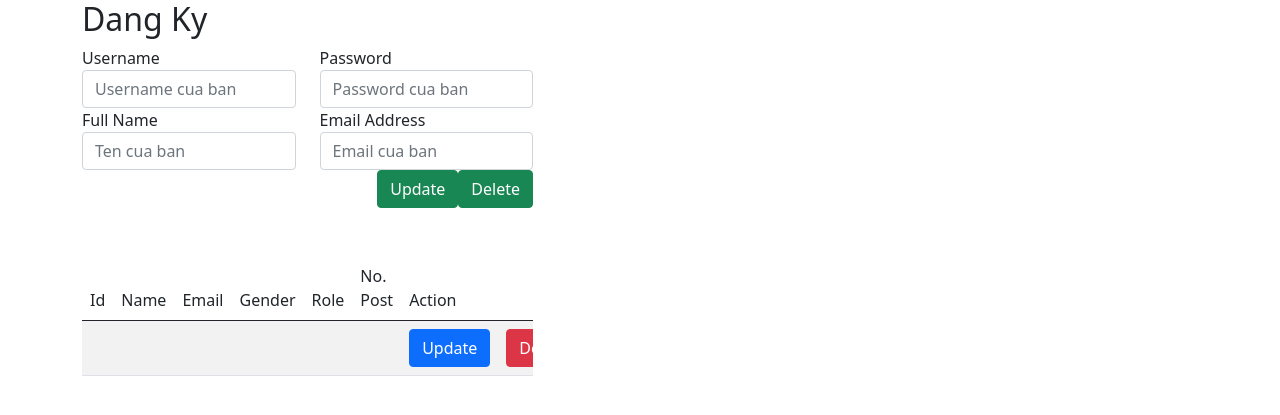
Repository: kiennd3921/AssJava4
Page: http://localhost/Assignment/view/admin/QLyAdmin.jsp
The author's editor kept a copy of each file at every save. The page is drawn from the files as they stood at one save, then again after the next save.
The browser window is 1280 px wide. The pictures show the whole page.
The page is served by Tomcat 9. Other server files are loaded and not shown.

Above is the page before, as saved 2021-04-16 01:04:01.

### PT15307-UD/Assignment/WebContent/view/admin/QLyAdmin.jsp
<%@ page language="java" contentType="text/html; charset=ISO-8859-1"
	pageEncoding="UTF-8"%>
<!DOCTYPE html>
<html>
<head>
<meta charset="UTF-8">
<meta name="viewport" content="width = device-width, initial-scale=1.0">
<title>Insert title here</title>
<%@ taglib uri="http://java.sun.com/jstl/core_rt" prefix="c"%>
<link rel="stylesheet" type="text/css">
<link
	href="https://cdn.jsdelivr.net/npm/bootstrap@5.0.0-beta2/dist/css/bootstrap.min.css"
	rel="stylesheet"
	integrity="sha384-BmbxuPwQa2lc/FVzBcNJ7UAyJxM6wuqIj61tLrc4wSX0szH/Ev+nYRRuWlolflfl"
	crossorigin="anonymous">

</head>
<body>
	<div class="container">
		<div class="row">
			<div class="col-md-5">
				<form>
					<h2>Dang Ky</h2>
					<div class="row">
						<div class="col">
							<label>Username</label> <input type="text" class="form-control"
								placeholder="Username cua ban" required name="">
						</div>
						<div class="col">
							<label>Password</label> <input type="password"
								class="form-control" placeholder="Password cua ban" required
								name="">
						</div>
					</div>
					<div class="row">
						<div class="col">
							<label>Full Name</label> <input type="text" class="form-control"
								placeholder="Ten cua ban" required name="">
						</div>
						<div class="col">
							<label>Email Address</label> <input type="email"
								class="form-control" placeholder="Email cua ban" required
								name="">
						</div>
					</div>
					<div class="form-group nav justify-content-end">
						<button class="btn btn-success" type="submit">Update</button>
						<button class="btn btn-success" type="submit">Delete</button>
					</div>
				</form>


				<div class="mt-5 table-responsive">
					<table class="table table-striped">
						<thead>
							<tr>
								<td>Id</td>
								<td>Name</td>
								<td>Email</td>
								<td>Gender</td>
								<td>Role</td>
								<td>No. Post</td>
								<td colspan="2">Action</td>
							</tr>
						</thead>
						<tbody>
							<tr>
								<td>${ user.id }</td>
								<td>${ user.password }</td>
								<td>${ user.email }</td>
								<td>${ user.fullname }</td>
								<td>${ user.admin }</td>
								<td>${ user.post.size() }</td>
								<td><a href="/PT15307-UD/admin/user/edit?id=${ user.id }"
									class="btn btn-primary">Update</a></td>
								<td>
									<button class="btn btn-danger">Delete</button>
								</td>
							</tr>
						</tbody>
					</table>
				</div>
			</div>
		</div>
	</div>
</body>
</html>

After the next save:
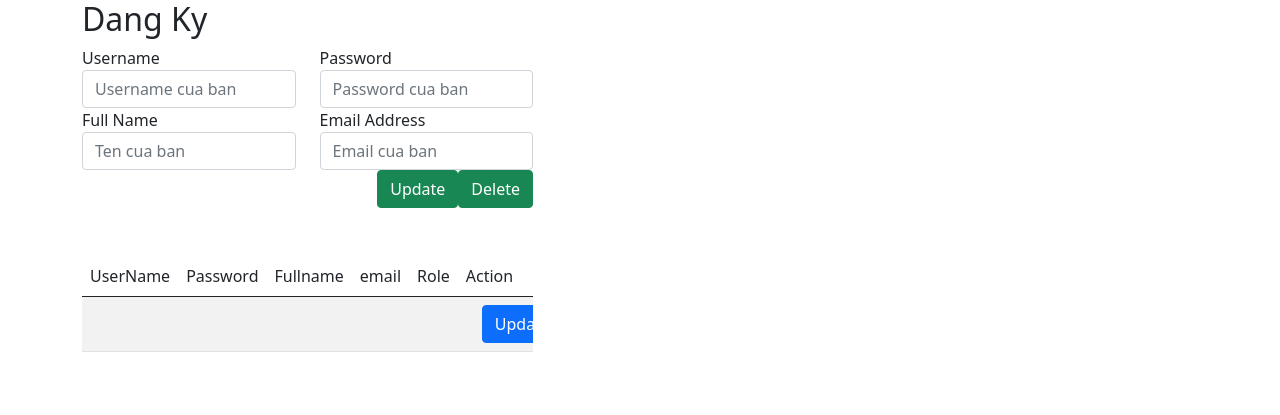
Saved 79 s later.
--- a/PT15307-UD/Assignment/WebContent/view/admin/QLyAdmin.jsp
+++ b/PT15307-UD/Assignment/WebContent/view/admin/QLyAdmin.jsp
@@ -54,12 +54,11 @@
 					<table class="table table-striped">
 						<thead>
 							<tr>
-								<td>Id</td>
-								<td>Name</td>
-								<td>Email</td>
-								<td>Gender</td>
+								<td>UserName</td>
+								<td>Password</td>
+								<td>Fullname</td>
+								<td>email</td>
 								<td>Role</td>
-								<td>No. Post</td>
 								<td colspan="2">Action</td>
 							</tr>
 						</thead>
